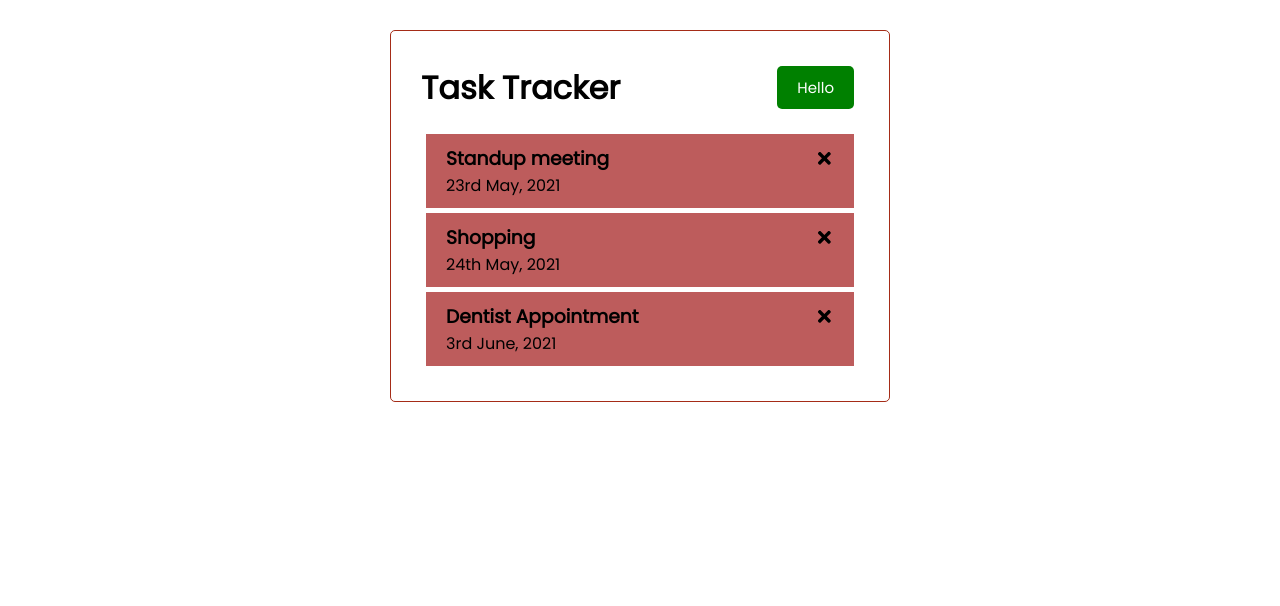
Repository: NIMRAH97/React-Strap-Test
Page: /
An editor plug-in stored every save of this project. The page is shown before and after the next save, followed by the edit.
The browser window is 1280 px wide. The pictures show the whole page.
The project was rebuilt for these pictures with package versions that can differ from the ones it lists, and the page was loaded fresh each time.

Above is the page before, as saved 2021-05-22 16:45:33.

After the next save:
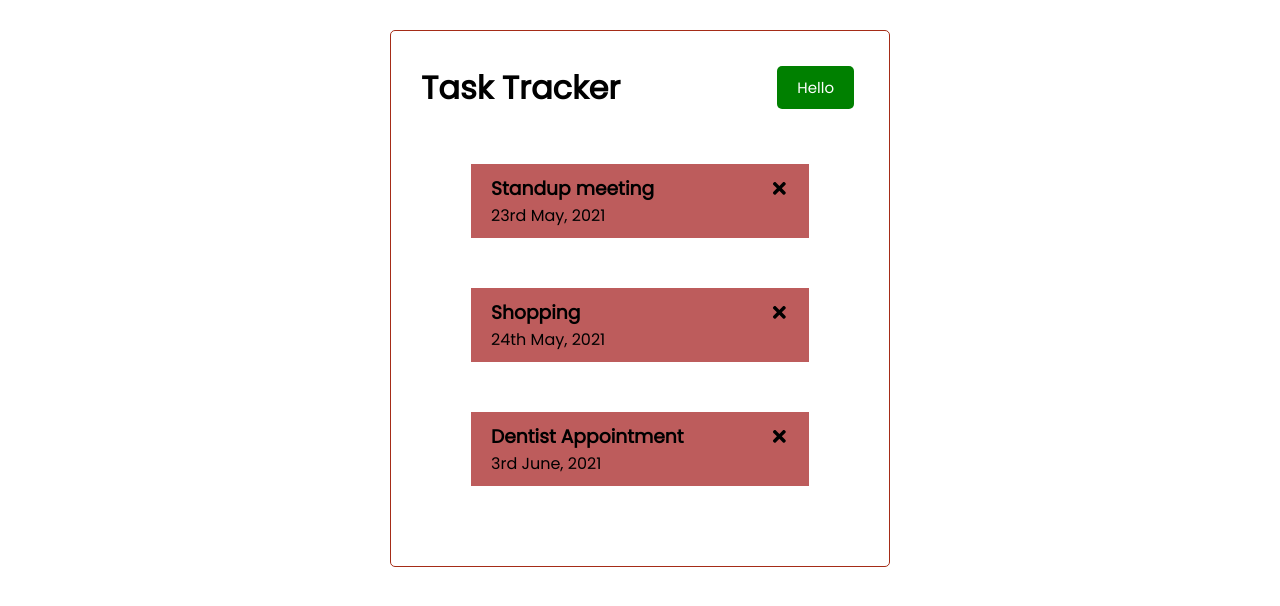
Saved 77 min 5 s later.
--- a/src/index.css
+++ b/src/index.css
@@ -56,7 +56,7 @@
 
 .task {
   background: #bd5c5c;
-  margin: 5px;
+  margin: 50px;
   padding: 10px 20px;
   cursor: pointer;
 }

After the save that followed:
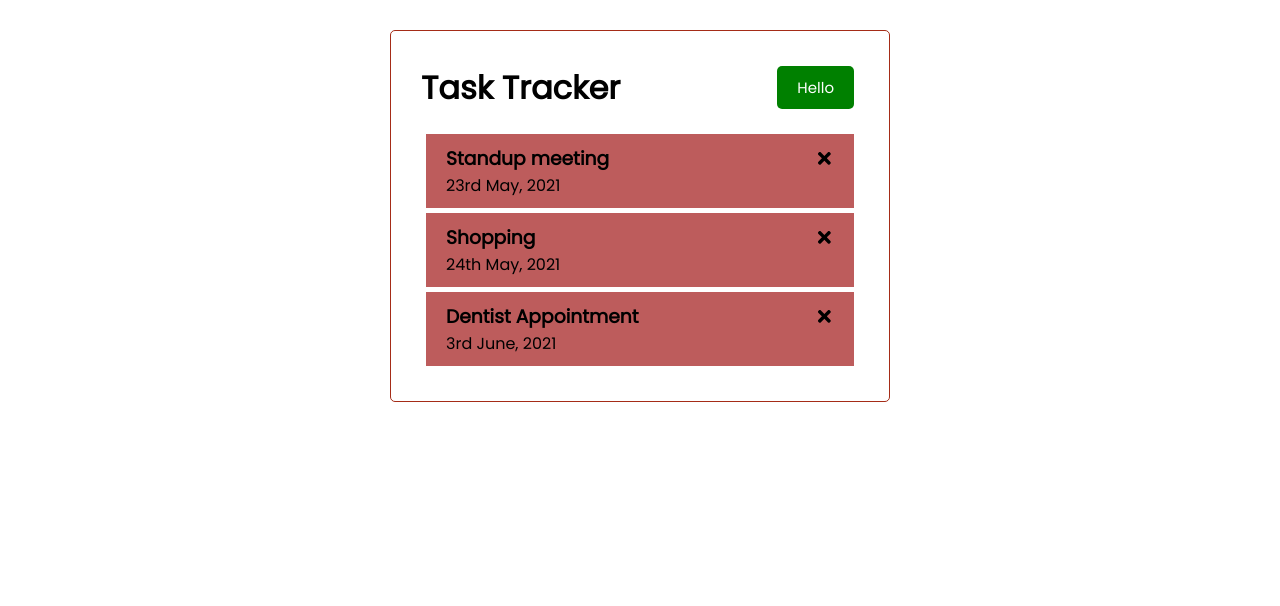
Saved 7 s later.
--- a/src/index.css
+++ b/src/index.css
@@ -56,7 +56,7 @@
 
 .task {
   background: #bd5c5c;
-  margin: 50px;
+  margin: 5px;
   padding: 10px 20px;
   cursor: pointer;
 }
